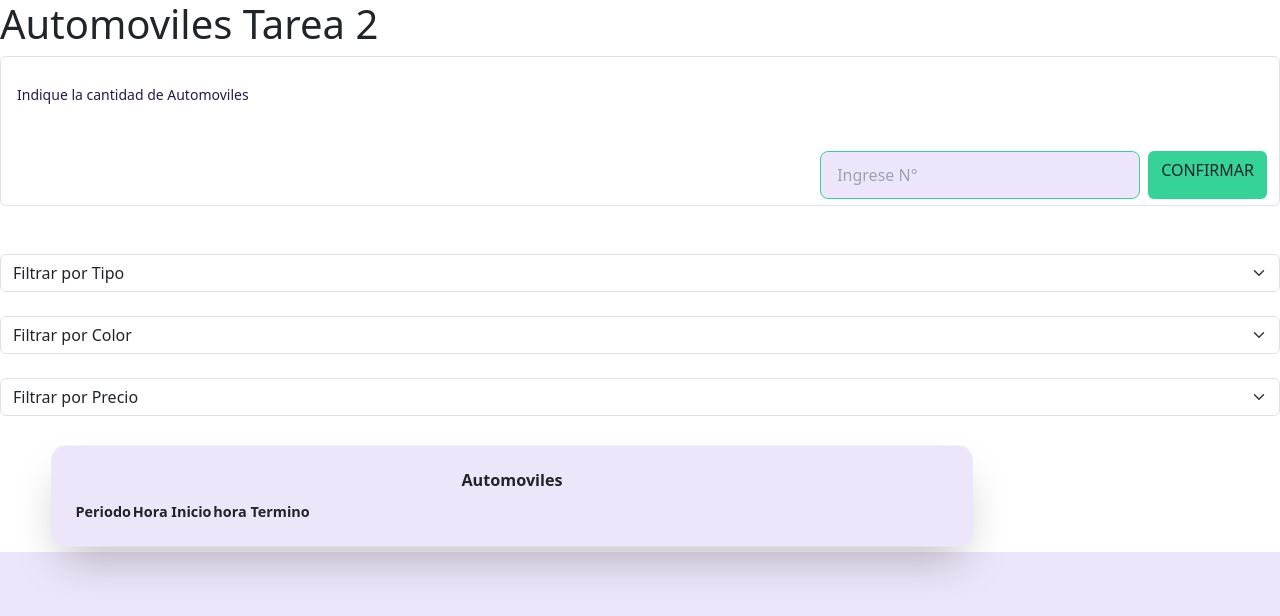
Repository: Claudioxs/Tarea2
Page: /automovil (app in FrontEnd/vue-project/)
These files come from the project's save history. The page is drawn as it stood at one moment and after the next save; the edit follows.
The browser window is 1280 px wide. The pictures show the whole page.
The project was rebuilt for these pictures with package versions that can differ from the ones it lists, and the page was loaded fresh each time. Also part of the build but not shown: FrontEnd/vue-project/vite.config.js, FrontEnd/vue-project/src/components/HelloWorld.vue.

Above is the page before, as saved 2023-05-22 23:41:16.

### FrontEnd/vue-project/src/main.js


import { createApp } from 'vue'
import App from './App.vue'
import router from './router'
import './style.css'
import 'bootstrap/dist/css/bootstrap.css'
import bootstrap from 'bootstrap/dist/js/bootstrap.bundle.js'

const app = createApp(App)

app.use(router,bootstrap)

app.mount('#app')

### FrontEnd/vue-project/src/App.vue
<script setup>
import { RouterLink, RouterView } from 'vue-router'
import HelloWorld from './components/HelloWorld.vue'
</script>

<template>

  <RouterView />
</template>

<style scoped>

</style>

### FrontEnd/vue-project/src/router/index.js
import { createRouter, createWebHistory } from 'vue-router'

import Automovil from '../views/Automovil.vue'

const router = createRouter({
  history: createWebHistory(import.meta.env.BASE_URL),
  routes: [

    {
      path: '/automovil',
      name: 'automovil',
      component: Automovil
    }
  ]
})

export default router

### FrontEnd/vue-project/src/views/Automovil.vue
<template>



<h1 >Automoviles Tarea 2</h1>

<div class="form-control ">
  <label class="label">
    <span class="label-text">Indique la cantidad de Automoviles </span>
    <br><br>

  </label>
 <div class="modal-action"  >
  <input type="number" placeholder="Ingrese N°" class="input input-bordered input-success w-full max-w-xs" />
    <label for="ModalBorrar"  @click="crearAutomovil(label-text)" class="btn" style="background-color: #36D399">Confirmar</label>
  </div>
</div>
<br><br>


<select class="form-select" aria-label="Default select example" aria-expanded="false">
  <option selected>Filtrar por Tipo</option>
  <option value="1">Sedan</option>
  <option value="2">Camioneta</option>
  <option value="3">SUV</option>

</select> <br>
<select class="form-select" aria-label="Default select example">
  <option selected>Filtrar por Color</option>
  <option value="1">Rojo</option>
  <option value="2">Blanco</option>
  <option value="3">Negro</option>
  <option value="4">Azul</option>
  <option value="5">Amarillo</option>

</select> <br>
<select class="form-select" aria-label="Default select example">
  <option selected>Filtrar por Precio</option>
  <option value="1">10000000</option>
  <option value="1">20000000</option>
  <option value="2">30000000</option>

</select> <br>

<div class="modal-box w-11/12 max-w-5xl">

    <h3 class="font-bold text-lg" align="center">Automoviles</h3>
      <div class="Pruebaa" >
        <thead>
      <tr>
        <th></th>
        <th>Periodo</th>
        <th>Hora Inicio</th>
        <th>hora Termino</th>
      </tr>
      </thead>

    <td> </td>
        <td> {{}}</td>
        <td>{{}}</td>
        <td>{{}}</td>

      </div>


</div>




</template>

<style>
.container{
   margin-left: 5px;
   padding-right: 900px;

}
.modal-action{
  display: block;
}


</style>

<script>
import axios from 'axios'

export default {

  data: () => ({


  }),

  methods: {

    cearAutomovil(cant){
     axios({
       method: "GET",
       url: "http://localhost:8080/automovil/generate?cantidad="+cant,

       }).then((res) => {
        alert(
         "Automoviles creados"
        )
       }).catch((err) => console.log(err));
    },

    //filtramos por color
    filtrarColor(col){
      axios({
       method: "GET",
       url: "http://localhost:8080/automovil/buscarPorColor?color="+col,

       }).then((res) => {
        alert(
         "Periodo Añadido correctamente a asignatura"
        )
       }).catch((err) => console.log(err));
    }
   }

}

</script>

### FrontEnd/vue-project/tailwind.config.js
/** @type {import('tailwindcss').Config} */
module.exports = {
  daisyui: {
    themes: [
      {
        mytheme: {

            "primary": "#1D0027",

            "secondary": "#A181E2",

            "accent": "#37CDBE",

            "neutral": "#D9D9D9",

            "base-100": "#EDE6FA",

            "info": "#3ABFF8",

            "success": "#36D399",

            "warning": "#FBBD23",

            "error": "#F87272",
        },
      },
    ],
  },
  content: ["./index.html","./src/**/*.{vue,js,ts,jsx,tsx}"],
  theme: {
    extend: {},
  },
  plugins: [require("daisyui")],
}

Loaded but not shown: FrontEnd/vue-project/index.html (common file); FrontEnd/vue-project/src/style.css (common file)

After the next save:
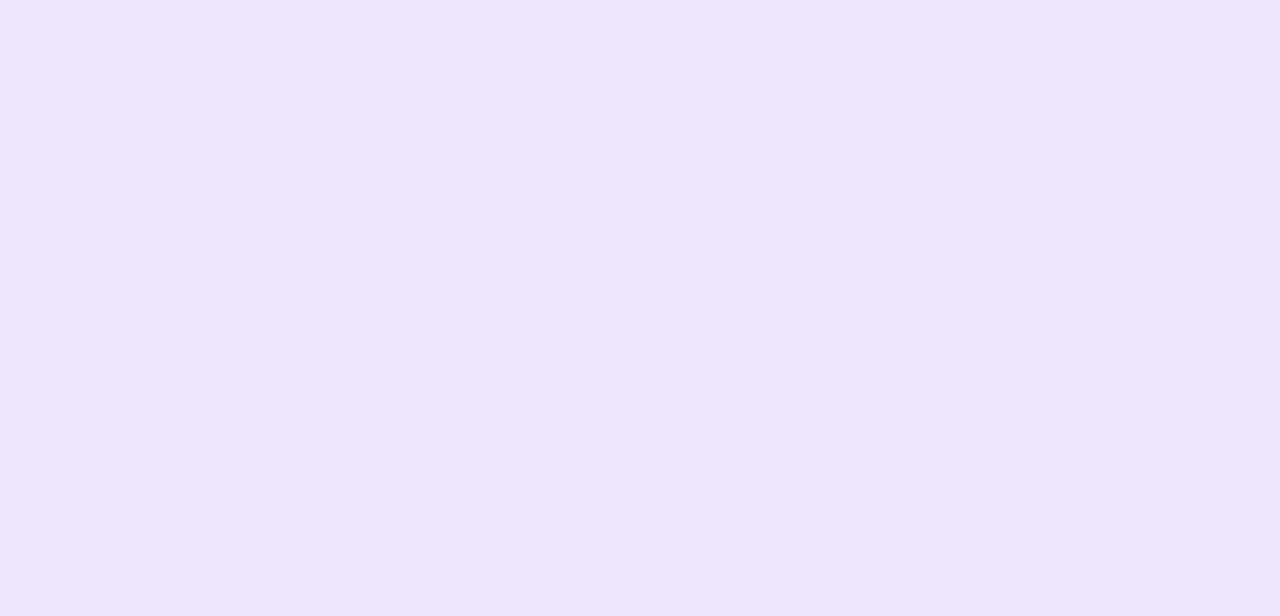
Console error: TypeError: Cannot read properties of undefined (reading 'periodos')
Saved 44 s later.
--- a/FrontEnd/vue-project/src/views/Automovil.vue
+++ b/FrontEnd/vue-project/src/views/Automovil.vue
@@ -16,7 +16,7 @@
   </div>
 </div>
 <br><br>
-
+<div class="container">
 
 <select class="form-select" aria-label="Default select example" aria-expanded="false">
   <option selected>Filtrar por Tipo</option>
@@ -40,11 +40,12 @@
   <option value="1">20000000</option>
   <option value="2">30000000</option>
 
-</select> <br>
+</select>
+</div> <br>
 
 <div class="modal-box w-11/12 max-w-5xl">
 
-    <h3 class="font-bold text-lg" align="center">Automoviles</h3>
+    <h3 class="font-bold text-lg" align="center"></h3>
       <div class="Pruebaa" >
         <thead>
       <tr>
@@ -56,9 +57,9 @@
       </thead>
 
     <td> </td>
-        <td> {{}}</td>
-        <td>{{}}</td>
-        <td>{{}}</td>
+        <td> {{asignatura.periodos[0].horaId}}</td>
+        <td>{{asignatura.periodos[0].periodo.horaInicio}}</td>
+        <td>{{asignatura.periodos[0].periodo.horaTermino}}</td>
 
       </div>
 

After the save that followed:
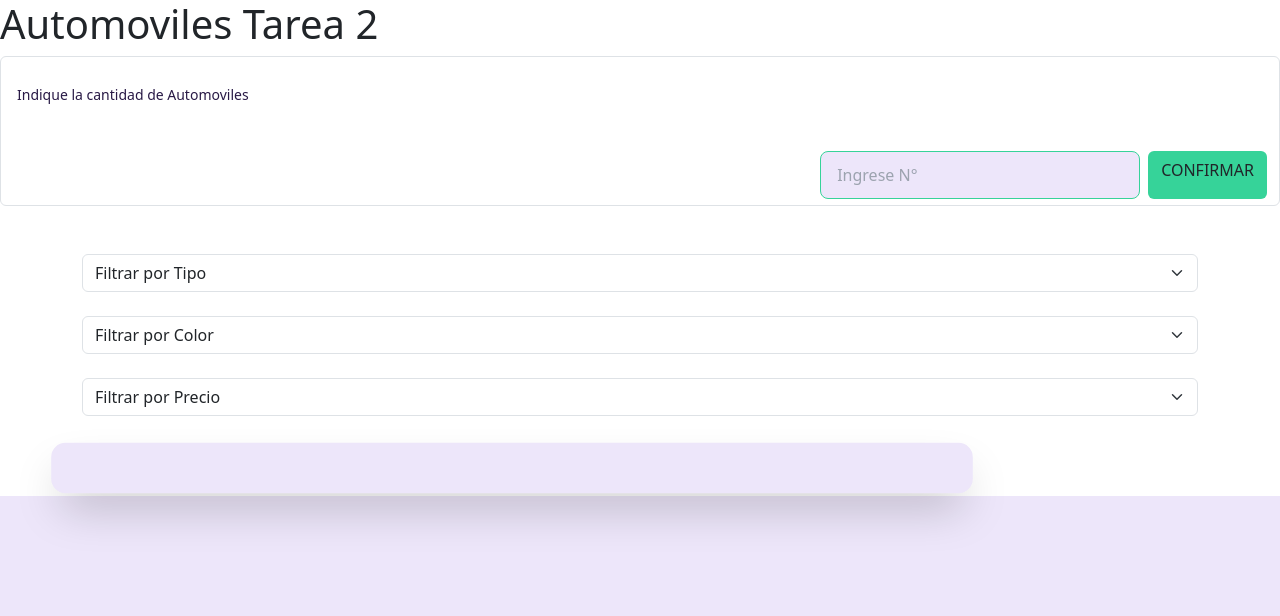
The error is gone.
Saved 104 s later.
--- a/FrontEnd/vue-project/src/views/Automovil.vue
+++ b/FrontEnd/vue-project/src/views/Automovil.vue
@@ -46,22 +46,7 @@
 <div class="modal-box w-11/12 max-w-5xl">
 
     <h3 class="font-bold text-lg" align="center"></h3>
-      <div class="Pruebaa" >
-        <thead>
-      <tr>
-        <th></th>
-        <th>Periodo</th>
-        <th>Hora Inicio</th>
-        <th>hora Termino</th>
-      </tr>
-      </thead>
 
-    <td> </td>
-        <td> {{asignatura.periodos[0].horaId}}</td>
-        <td>{{asignatura.periodos[0].periodo.horaInicio}}</td>
-        <td>{{asignatura.periodos[0].periodo.horaTermino}}</td>
-
-      </div>
 
 
 </div>
